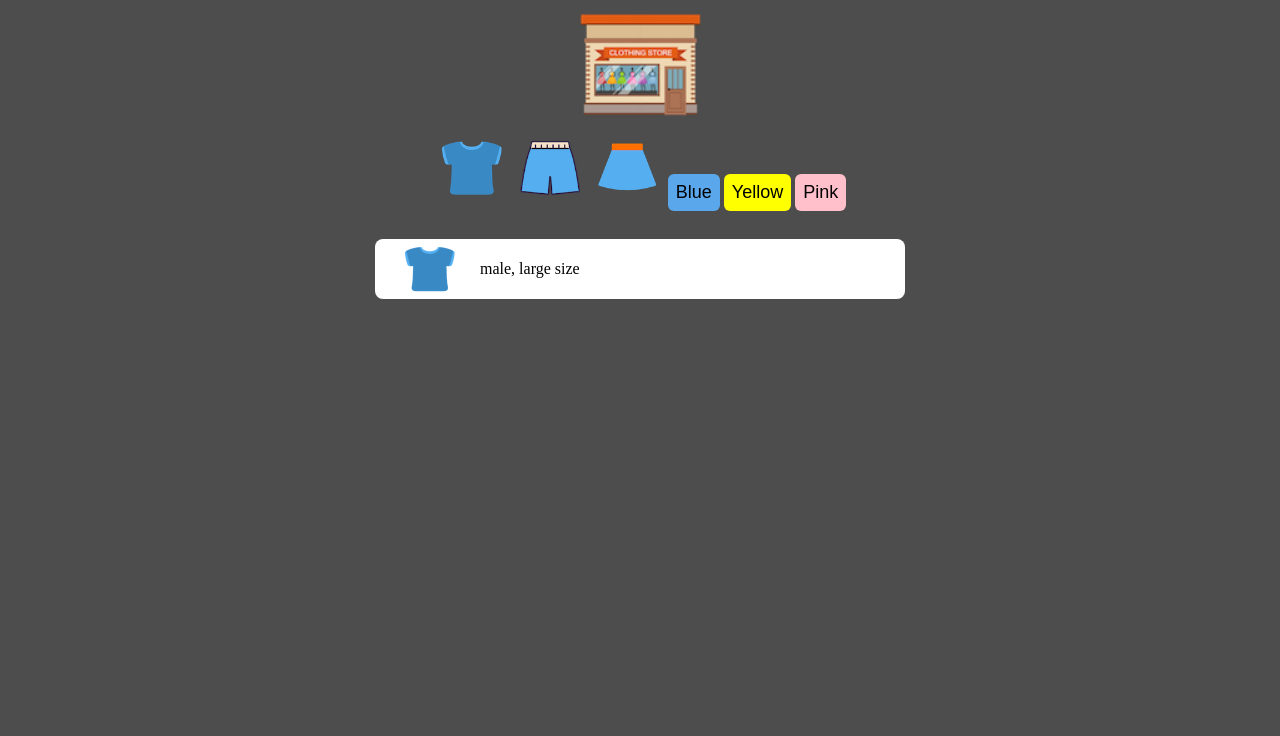
Repository: keehoonjung/Shoppingmall-Game
Page: index.html
These files come from the project's save history. The page is drawn as it stood at one moment and after the next save; the edit follows.
The browser window is 1280 px wide. The pictures show the whole page.

Above is the page before, as saved 2021-08-12 19:31:02.
Console error: TypeError: Cannot read properties of null (reading 'addEventListener')

### index.html
<!DOCTYPE html>
<html lang="en">
<head>
    <meta charset="UTF-8">
    <meta http-equiv="X-UA-Compatible" content="IE=edge">
    <meta name="viewport" content="width=device-width, initial-scale=1.0">
    <title>Shoppingamll Game</title>
    <link rel="stylesheet" href="style.css">
    <script src="main.js" defer></script>
</head>
<body>
    <header class="header">
        <img src="./imgs/logo.png" alt="header" class="header__logo">
    </header>
    <section class="buttons">
        <button class="button type">
            <img src="./imgs/blue_t.png" alt="shirt" class="button__img">
        </button>
        <button class="button type">
            <img src="./imgs/blue_p.png" alt="pants" class="button__img">
        </button>
        <button class="button type">
            <img src="./imgs/blue_s.png" alt="" class="button__img">
        </button>
        <button class="button color blue">
            Blue
        </button>
        <button class="button color yellow">
            Yellow
        </button>
        <button class="button color pink">
            Pink
        </button>
    </section>
    <ul class="items">
        <li class="item" data-type="shirt" data-color="blue">
            <img src="./imgs/blue_t.png" alt="blueshirt" class="item__thumbnail">
            <span class="item__description">male, large size</span>
        </li>
    </ul>
</body>
</html>

### style.css
:root {
  /* color */
  --color-white: #ffffff;
  --color-dark-grey: #4d4d4d;
  --color-blue: #73aace;
  --color-orange: #feb546;
  --color-pink: #fd7bcc;

  /* size */
  --button-img-size: 60px;

  /* fontsize */
  --font-size: 18px;

  /* animatione */
  --animation-duration: 300ms;

  /* basic space */
  --basic-space: 8px;

  /* border */
  --border-size: 6px;
}

body {
  background-color: var(--color-dark-grey);
  display: flex;
  flex-direction: column;
  justify-content: center;
  text-align: center;
  height: 100vh;
}

.buttons {
}

.button {
  outline: none;
  border: none;
  background-color: transparent;
  padding-left: var(--basic-space);
  border-radius: var(--border-size);
  cursor: pointer;
  transition: transform var(--animation-duration) ease-in;
}

.button:hover {
  transform: scale(1.1);
}

.button__img {
  width: var(--button-img-size);
}

.color {
  font-size: var(--font-size);
  padding: var(--basic-space);
}

.header__logo {
  width: 125px;
  cursor: pointer;
  transition: transform 300ms ease-in;
}

.header__logo:hover {
  transform: scale(1.1);
}

.filter {
  display: flex;
  justify-content: center;
  margin: 0;
  padding: 0;
  padding-left: 60px;
}

.filter__btn {
  padding-right: 24px;
}

.filter__btn img {
  height: 50px;
  cursor: pointer;
  transition: transform 300ms ease-in;
}

.filter__btn img:hover {
  transform: scale(1.1);
}

.blue {
  background-color: rgb(90, 167, 235);
}

.yellow {
  background-color: yellow;
}

.pink {
  background-color: pink;
}

.items {
  padding: 0;
  overflow-y: auto;
  height: 500px;
}

.item {
  background-color: white;
  margin-bottom: 12px;
  width: 500px;
  height: 60px;
  margin: 12px auto;
  border-radius: 8px;
  display: flex;
  align-items: center;
  padding-left: 30px;
}

.item.visible {
  display: flex;
}

.item img {
  height: 50px;
}

.item span {
  margin-left: 25px;
}

### main.js
"use strict";

const navi = document.querySelector(".filter");
const itemList = document.querySelector(".items");
const allItem = Array.from(document.querySelectorAll(".item"));
const headerLogo = document.querySelector(".header__logo");

headerLogo.addEventListener("click", () => {
  createAll();
});

navi.addEventListener("click", (evnet) => {
  const tag = event.target.tagName;
  const targetName = event.target.classList.value;
  if (tag == "IMG") {
    const items = allItem.filter((item) => item.dataset.type == targetName);
    deleteAll();
    items.forEach((item) => {
      item.classList.add("visible");
    });
  } else if (tag == "BUTTON") {
    const items = allItem.filter((item) => item.dataset.color == targetName);
    deleteAll();
    items.forEach((item) => {
      item.classList.add("visible");
    });
  }
});

function deleteAll() {
  allItem.forEach((item) => {
    item.classList.remove("visible");
  });
}

function createAll() {
  allItem.forEach((item) => {
    item.classList.add("visible");
  });
}

After the next save:
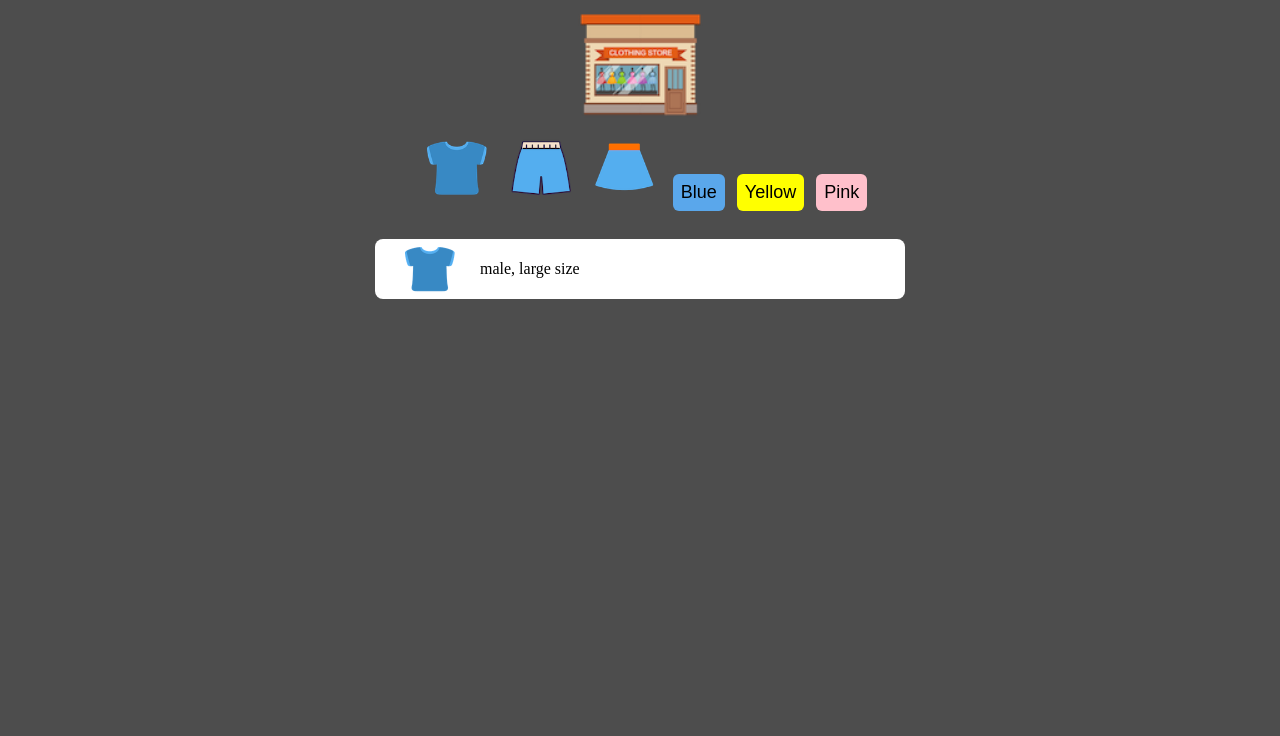
Saved 16 s later.
--- a/style.css
+++ b/style.css
@@ -38,7 +38,7 @@ body {
   outline: none;
   border: none;
   background-color: transparent;
-  padding-left: var(--basic-space);
+  margin-left: var(--basic-space);
   border-radius: var(--border-size);
   cursor: pointer;
   transition: transform var(--animation-duration) ease-in;
